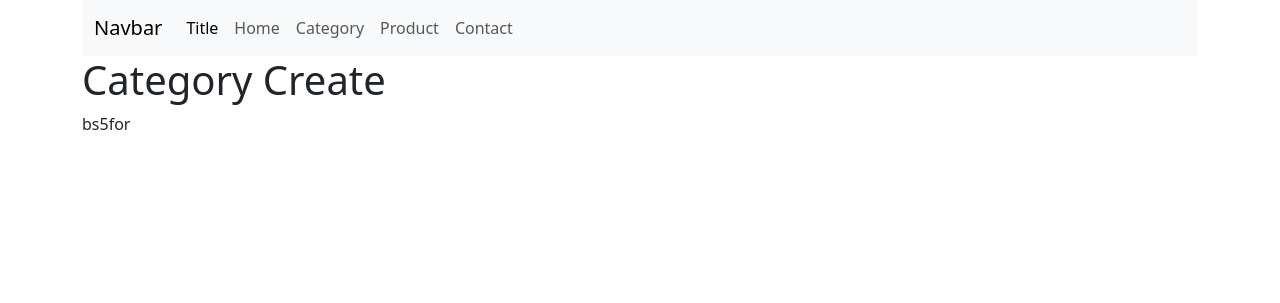
Repository: ndmq03102002/crud_laravel
Page: http://localhost/admin/category/create
These files come from the project's save history. The page is drawn as it stood at one moment and after the next save; the edit follows.
The browser window is 1280 px wide. The pictures show the whole page.
The page is served by the project's Laravel application, run on PHP 8.4 with Laravel 10. A made-up administrator, Test User (test@example.com), is signed in. Other server files are loaded and not shown.

Above is the page before, as saved 2024-07-12 10:16:10.

### routes/web.php
<?php

use App\Http\Controllers\HomeController;
use App\Http\Controllers\AdminController;
use Illuminate\Support\Facades\Route;
use App\Http\Controllers\ProductController;
use App\Http\Controllers\CategoryController;
/*
|--------------------------------------------------------------------------
| Web Routes
|--------------------------------------------------------------------------
|
| Here is where you can register web routes for your application. These
| routes are loaded by the RouteServiceProvider and all of them will
| be assigned to the "web" middleware group. Make something great!
|
*/

Route::group(['prefix' => ''], function () {
    Route::get('/', [HomeController::class, 'index'])->name('home.index');
});

Route::get('/admin/login', [AdminController::class, 'login'])->name('admin.login');
Route::post('/admin/login', [AdminController::class, 'Checklogin']);
Route::get('/admin/register', [AdminController::class, 'register'])->name('admin.register');
Route::post('/admin/register', [AdminController::class, 'Checkregister']);


Route::group(['prefix' => 'admin', 'middleware'=>'auth'], function () {
    Route::get('/', [AdminController::class, 'index'])->name('admin.index');
    Route::resources([
        'product' => ProductController::class,
        'category' => CategoryController::class,
    ]);
});

### app/Http/Controllers/CategoryController.php
<?php

namespace App\Http\Controllers;

use App\Models\Category;
use Illuminate\Http\Request;

class CategoryController extends Controller
{
    /**
     * Display a listing of the resource.
     */
    public function index()
    {
        $cats = Category::orderBy('id', 'desc')->paginate(50);
        return view('admin.category.index', compact('cats'));
    }

    /**
     * Show the form for creating a new resource.
     */
    public function create()
    {
        return view('admin.category.create');
    }

    /**
     * Store a newly created resource in storage.
     */
    public function store(Request $request)
    {
        $request->validate([
            'name' => 'required|unique:categories',

        ]);
        $data = request()->all('name','status');
        Category::create($data);
        return redirect()->route('category.index');
    }

    /**
     * Display the specified resource.
     */
    public function show(Category $category)
    {
        //
    }

    /**
     * Show the form for editing the specified resource.
     */
    public function edit(Category $category)
    {
        //
    }

    /**
     * Update the specified resource in storage.
     */
    public function update(Request $request, Category $category)
    {
        //
    }

    /**
     * Remove the specified resource from storage.
     */
    public function destroy(Category $category)
    {
        //
    }
}

### resources/views/admin/category/create.blade.php
@extends('admin.admin')

@section('main')

<h1>Category Create</h1>

bs5for


@endsection

### resources/views/admin/admin.blade.php
<!doctype html>
<html lang="en">
    <head>
        <title>Title</title>
        <!-- Required meta tags -->
        <meta charset="utf-8" />
        <meta
            name="viewport"
            content="width=device-width, initial-scale=1, shrink-to-fit=no"
        />

        <!-- Bootstrap CSS v5.2.1 -->
        <link
            href="https://cdn.jsdelivr.net/npm/bootstrap@5.3.2/dist/css/bootstrap.min.css"
            rel="stylesheet"
            integrity="sha384-T3c6CoIi6uLrA9TneNEoa7RxnatzjcDSCmG1MXxSR1GAsXEV/Dwwykc2MPK8M2HN"
            crossorigin="anonymous"
        />
    </head>

    <body>

        <div
            class="container"
        >
        <nav class="navbar navbar-expand-lg bg-body-tertiary">
            <div class="container-fluid">
              <a class="navbar-brand" href="#">Navbar</a>
              <button class="navbar-toggler" type="button" data-bs-toggle="collapse" data-bs-target="#navbarNav" aria-controls="navbarNav" aria-expanded="false" aria-label="Toggle navigation">
                <span class="navbar-toggler-icon"></span>
              </button>
              <div class="collapse navbar-collapse" id="navbarNav">
                <ul class="navbar-nav">
                  <li class="nav-item">
                    <a class="nav-link active" aria-current="page" href="#">Title</a>
                  </li>
                  <li class="nav-item">
                    <a class="nav-link" href="{{route('admin.index')}}">Home</a>
                  </li>
                  <li class="nav-item">
                    <a class="nav-link" href="{{route('category.index')}}">Category</a>
                  </li>
                  <li class="nav-item">
                    <a class="nav-link" href="{{route('product.index')}}">Product</a>
                  </li>
                    <li class="nav-item">
                        <a class="nav-link" href="#">Contact</a>
                    </li>
                </ul>
              </div>
            </div>
          </nav>

        </div>

        <div
            class="container"
        >
            @yield('main')
        </div>





        <script
            src="https://cdn.jsdelivr.net/npm/@popperjs/core@2.11.8/dist/umd/popper.min.js"
            integrity="sha384-I7E8VVD/ismYTF4hNIPjVp/Zjvgyol6VFvRkX/vR+Vc4jQkC+hVqc2pM8ODewa9r"
            crossorigin="anonymous"
        ></script>

        <script
            src="https://cdn.jsdelivr.net/npm/bootstrap@5.3.2/dist/js/bootstrap.min.js"
            integrity="sha384-BBtl+eGJRgqQAUMxJ7pMwbEyER4l1g+O15P+16Ep7Q9Q+zqX6gSbd85u4mG4QzX+"
            crossorigin="anonymous"
        ></script>
    </body>
</html>

Loaded but not shown: app/Models/User.php (common file); app/Http/Controllers/Controller.php (common file)

After the next save:
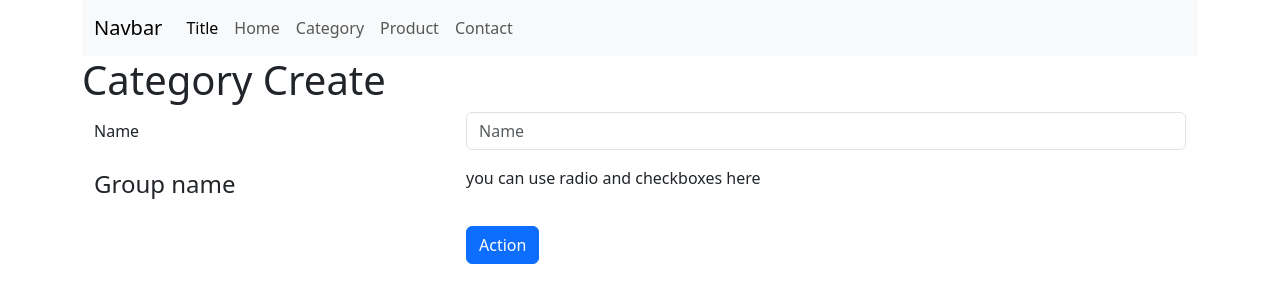
Saved 6 s later.
--- a/resources/views/admin/category/create.blade.php
+++ b/resources/views/admin/category/create.blade.php
@@ -4,7 +4,48 @@
 
 <h1>Category Create</h1>
 
-bs5for
+<div class="container">
+    <form>
+        <div class="mb-3 row">
+            <label
+                for="inputName"
+                class="col-4 col-form-label"
+                >Name</label
+            >
+            <div
+                class="col-8"
+            >
+                <input
+                    type="text"
+                    class="form-control"
+                    name="inputName"
+                    id="inputName"
+                    placeholder="Name"
+                />
+            </div>
+        </div>
+        <fieldset class="mb-3 row">
+            <legend
+                class="col-form-legend col-4"
+            >
+                Group name
+            </legend>
+            <div
+                class="col-8"
+            >
+                you can use radio and checkboxes here
+            </div>
+        </fieldset>
+        <div class="mb-3 row">
+            <div class="offset-sm-4 col-sm-8">
+                <button type="submit" class="btn btn-primary">
+                    Action
+                </button>
+            </div>
+        </div>
+    </form>
+</div>
+
 
 
 @endsection
